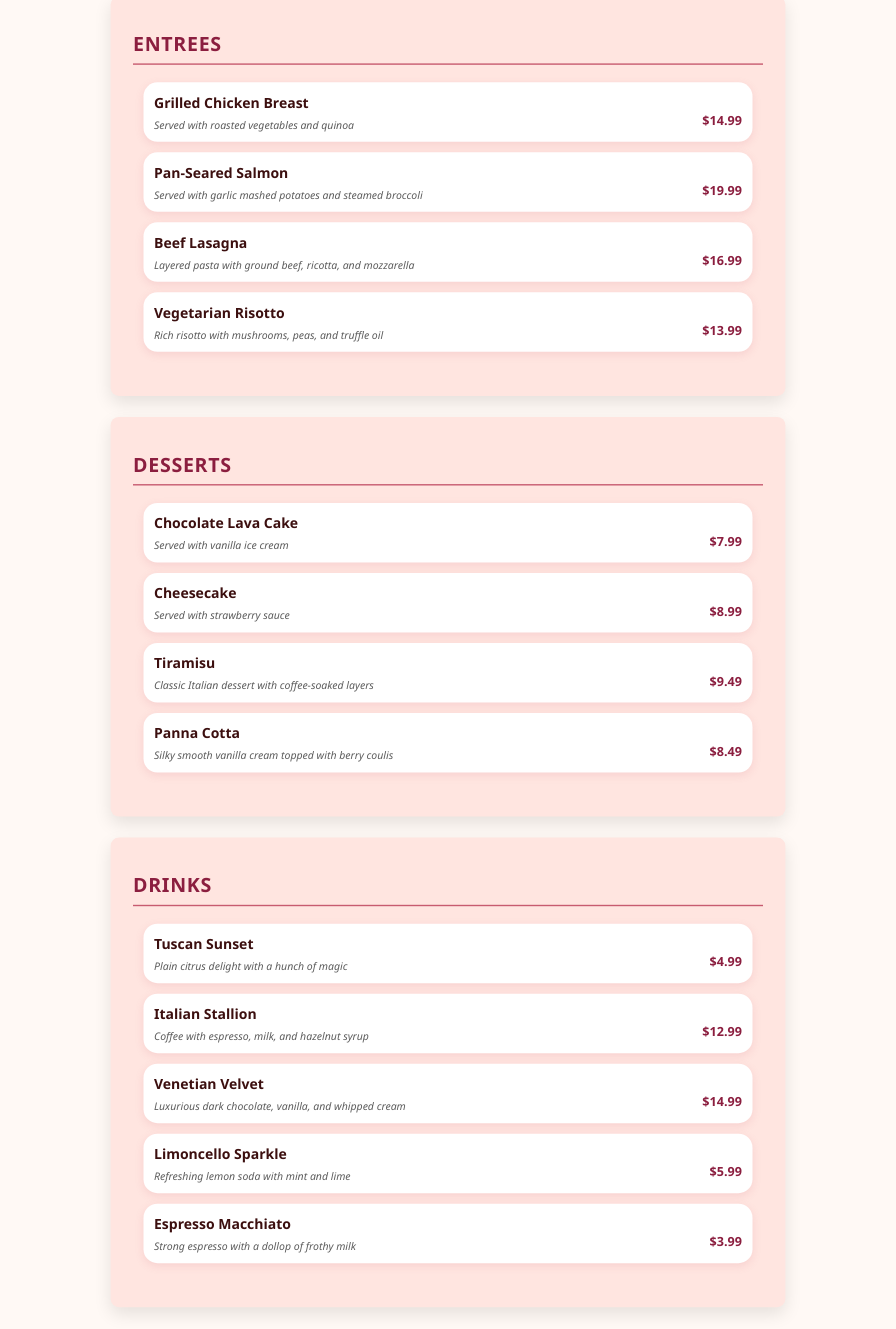
Repository: S12ahana/Food-Ordering-Website
Page: project1/Menu.html
The author's editor kept a copy of each file at every save. The page is drawn from the files as they stood at one save, then again after the next save.
The browser window is 1280 px wide. The pictures show the part of the page from y = 801 to 2721 px (the page is 2699 px tall before and 2721 px after), at 70% of full size.

Above is the page before, as saved 2025-07-30 18:11:51.

After the next save:
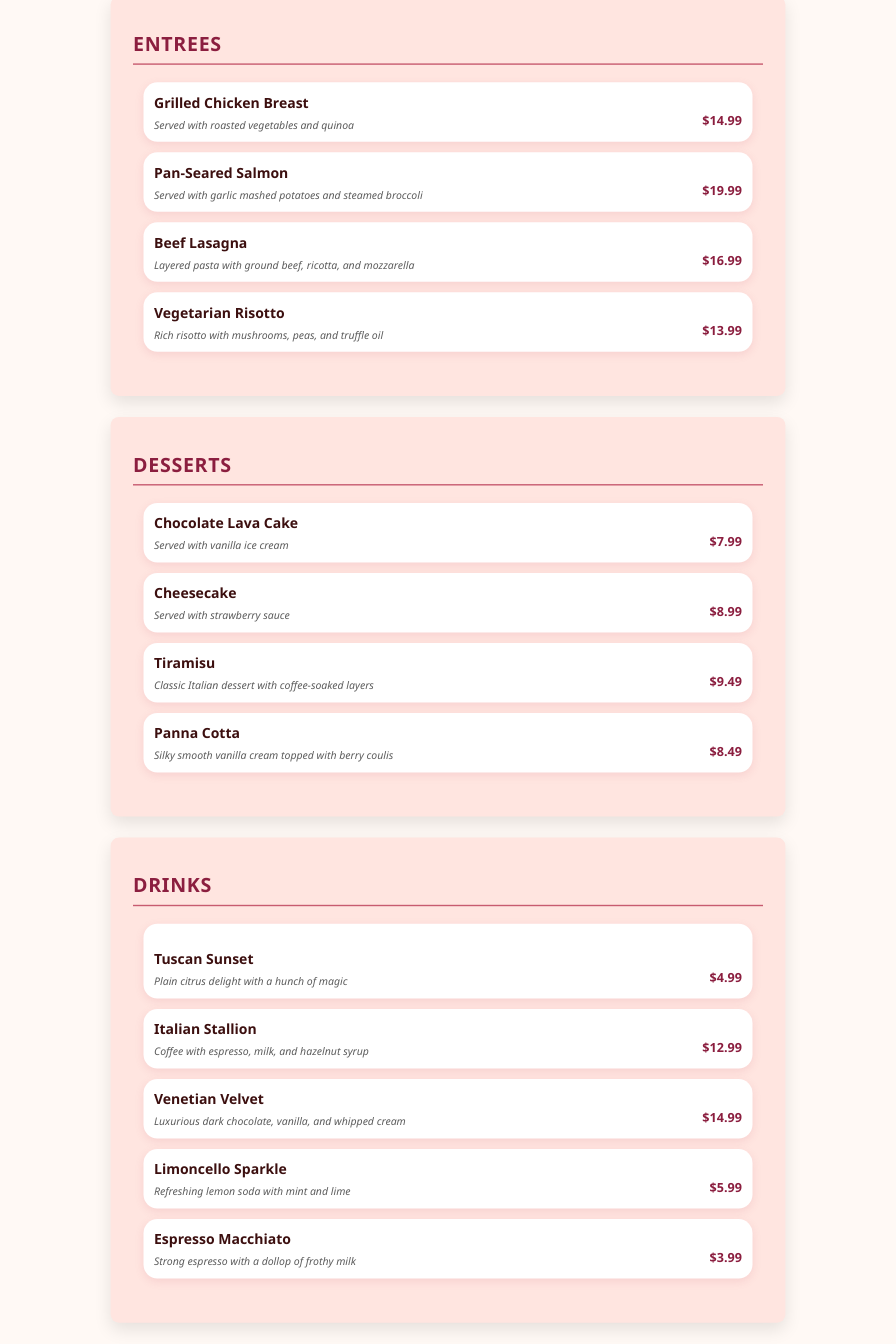
Saved 8 s later.
--- a/project1/Menu.html
+++ b/project1/Menu.html
@@ -93,7 +93,7 @@
   <h2>Drinks</h2>
   <ul>
     <li>
-
+		<a href="order.html?dish=Pizza" style="text-decoration:none; color:inherit;"></a>
       <span class="dish-name">Tuscan Sunset</span>
       <span class="price">$4.99</span>
       <p>Plain citrus delight with a hunch of magic</p>
